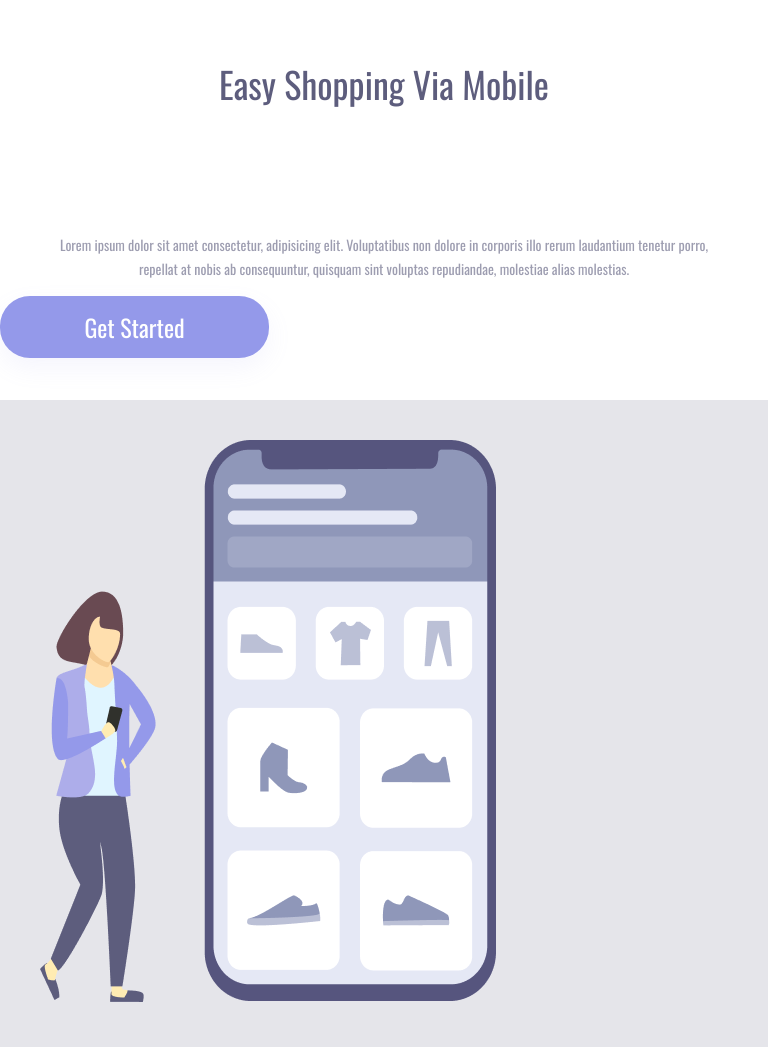
Repository: DihOliver/Projeto-Responsivo
Page: index.html
The author's editor kept a copy of each file at every save. The page is drawn from the files as they stood at one save, then again after the next save.
The browser window is 768 px wide. The pictures show the whole page.
Some web fonts or font styles are not loaded; a fallback is used.

Above is the page before, as saved 2023-06-26 15:39:24.

After the next save:
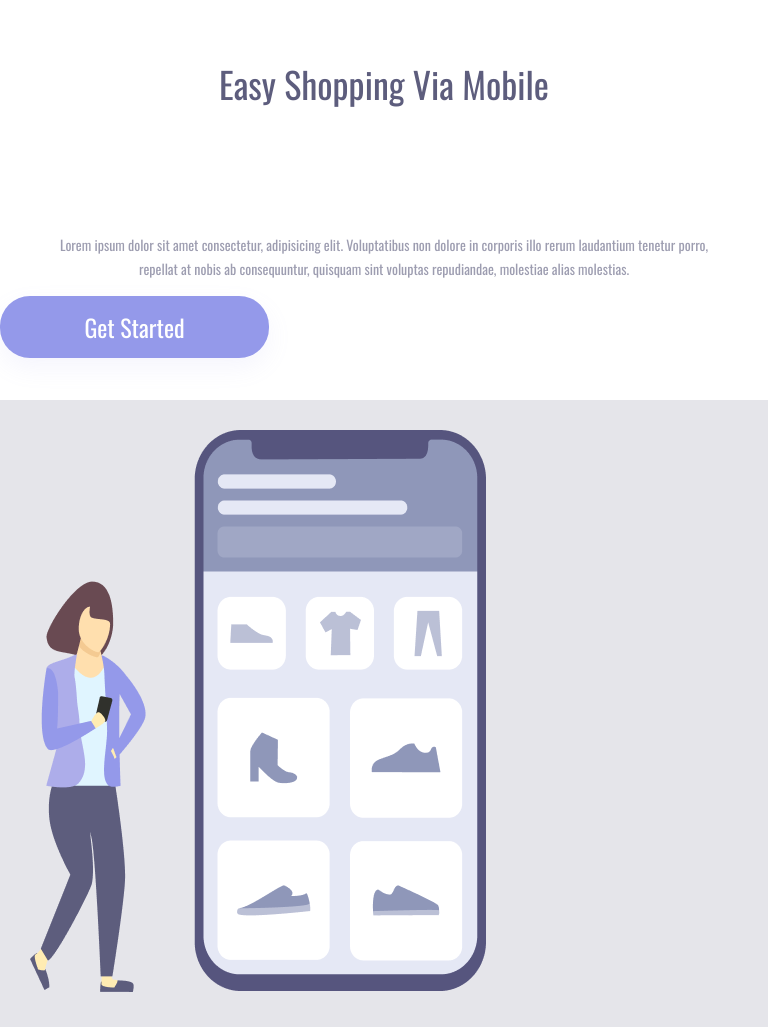
Saved 13 s later.
--- a/styles.css
+++ b/styles.css
@@ -120,7 +120,7 @@
             height: auto;
             width: 100%;
             position: static;
-            padding: 40px;
+            padding: 30px;
         }
 
         img {

After the save that followed:
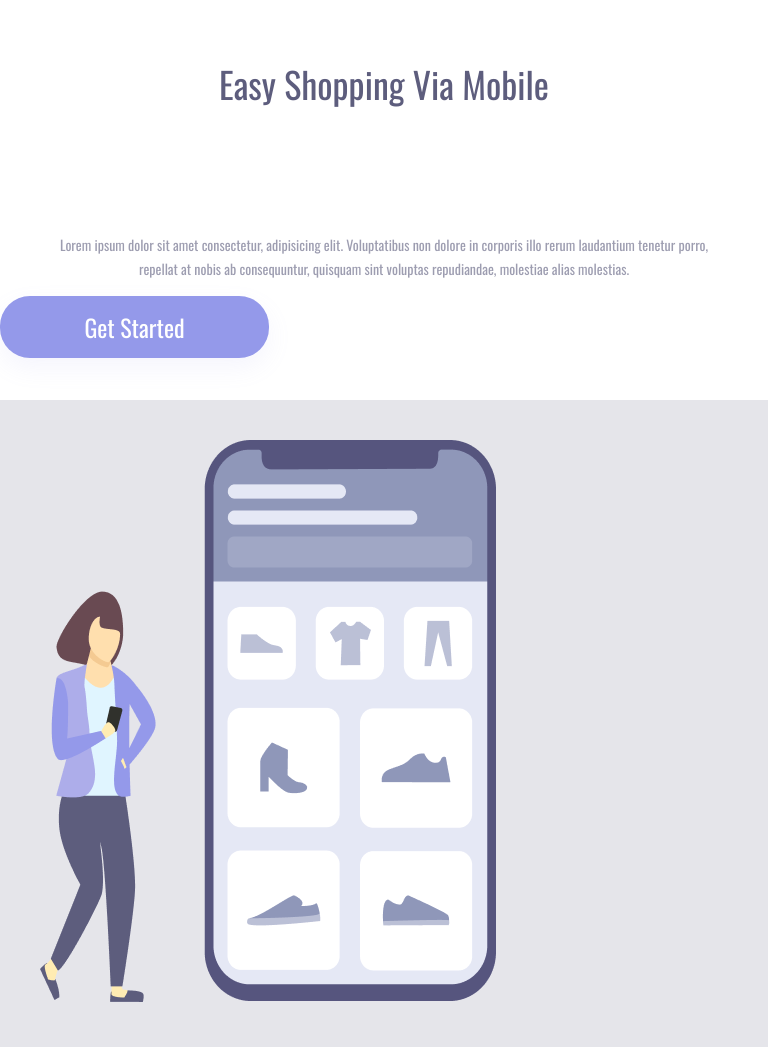
Saved 31 s later.
--- a/styles.css
+++ b/styles.css
@@ -120,7 +120,7 @@
             height: auto;
             width: 100%;
             position: static;
-            padding: 30px;
+            padding: 40px;
         }
 
         img {
